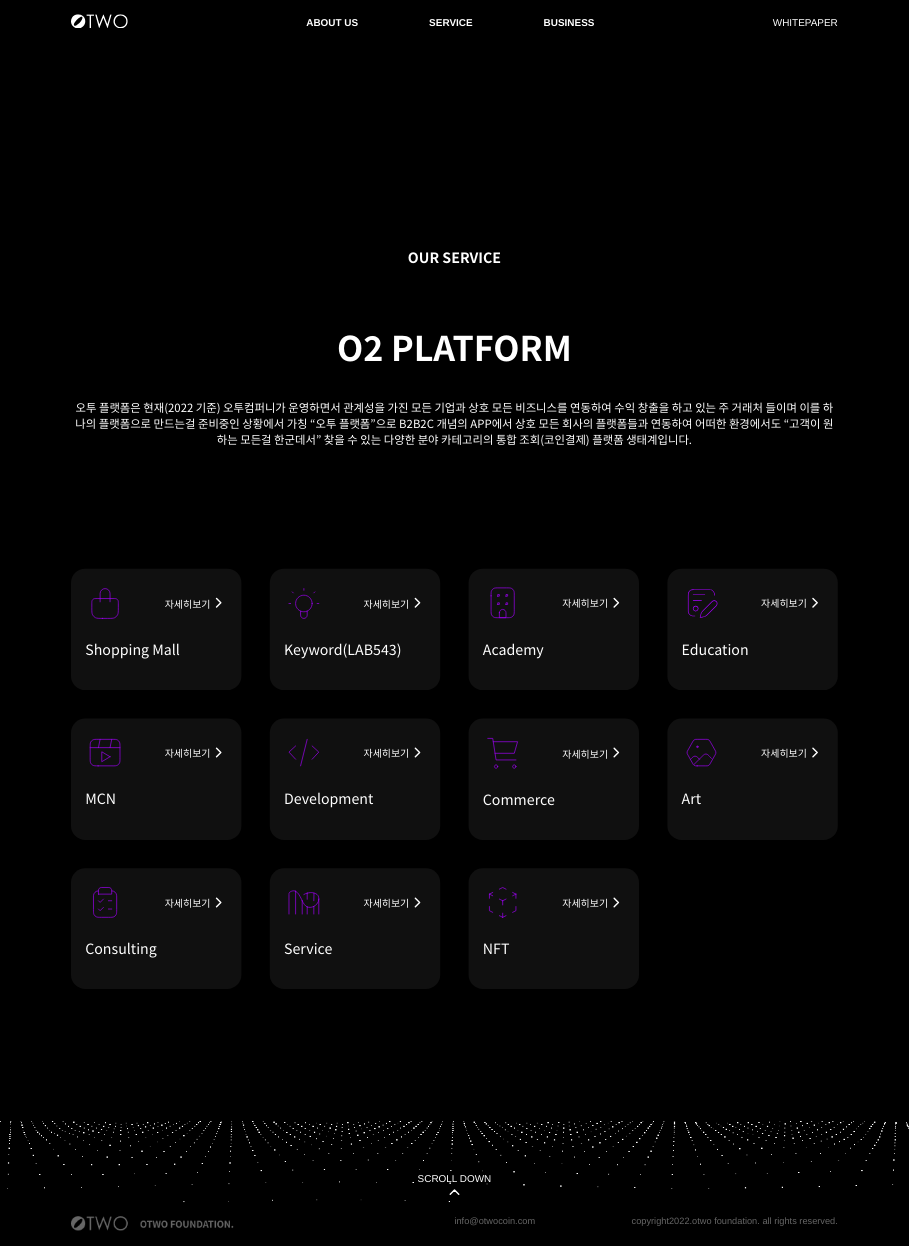
Repository: songhun115/Otwo
Page: service.html
These files come from the project's save history. The page is drawn as it stood at one moment and after the next save; the edit follows.
The browser window is 1280 px wide. The pictures show the whole page, at 71% of full size.

Above is the page before, as saved 2022-11-23 10:19:42.
Not found: js/three.js

After the next save:
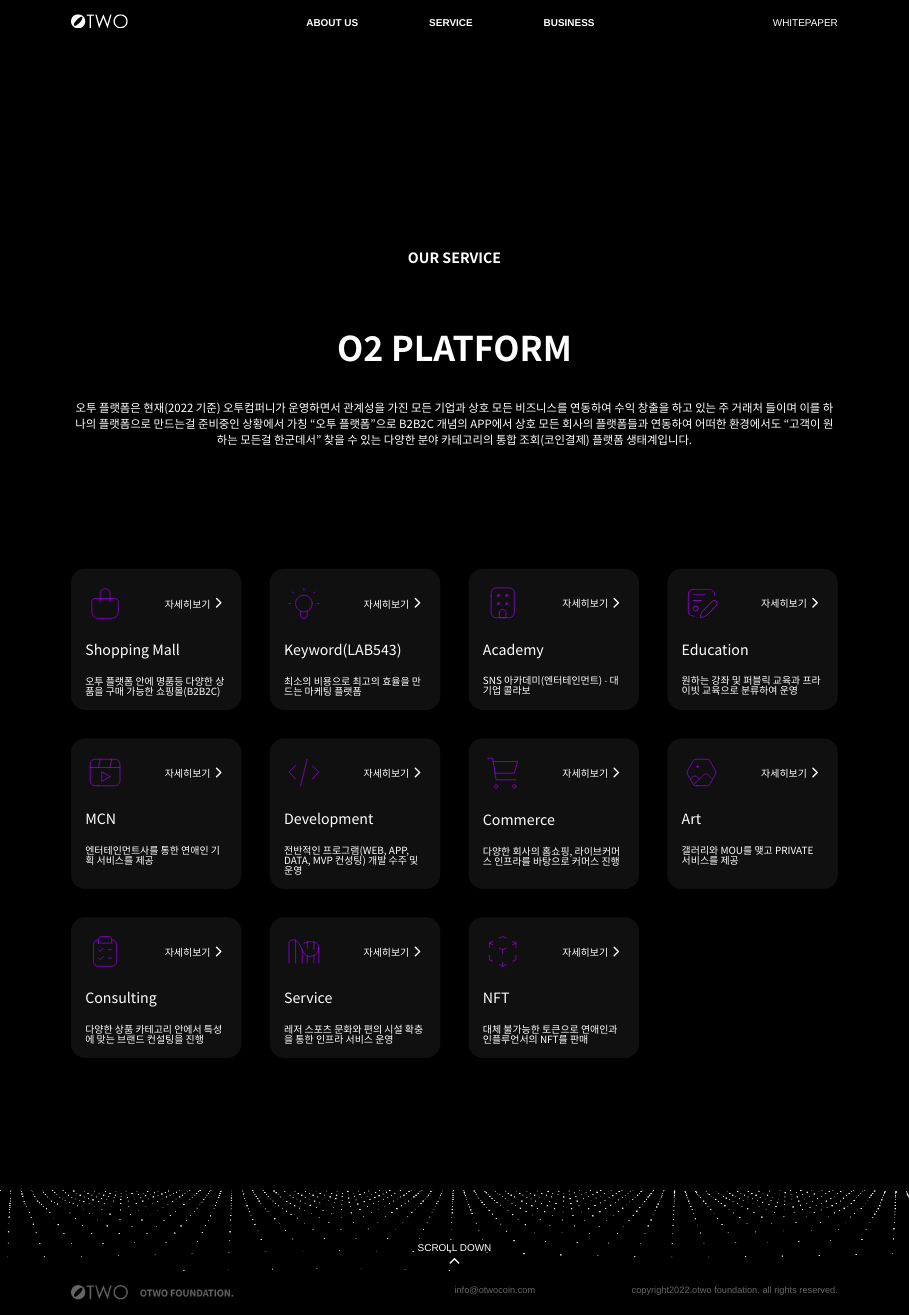
Saved 10 s later.
--- a/css/content.css
+++ b/css/content.css
@@ -128,7 +128,7 @@ body.over{overflow: hidden;}
   .platform-item:hover .platform-hide-con{bottom: 10px;}
 
 
-  .platform-hide-con{position: absolute; bottom: -50%; left: 0; transition: 0.3s; padding:20px ;}
+  /* .platform-hide-con{position: absolute; bottom: -50%; left: 0; transition: 0.3s; padding:20px ;} */
 
 
   /*!모달  */
